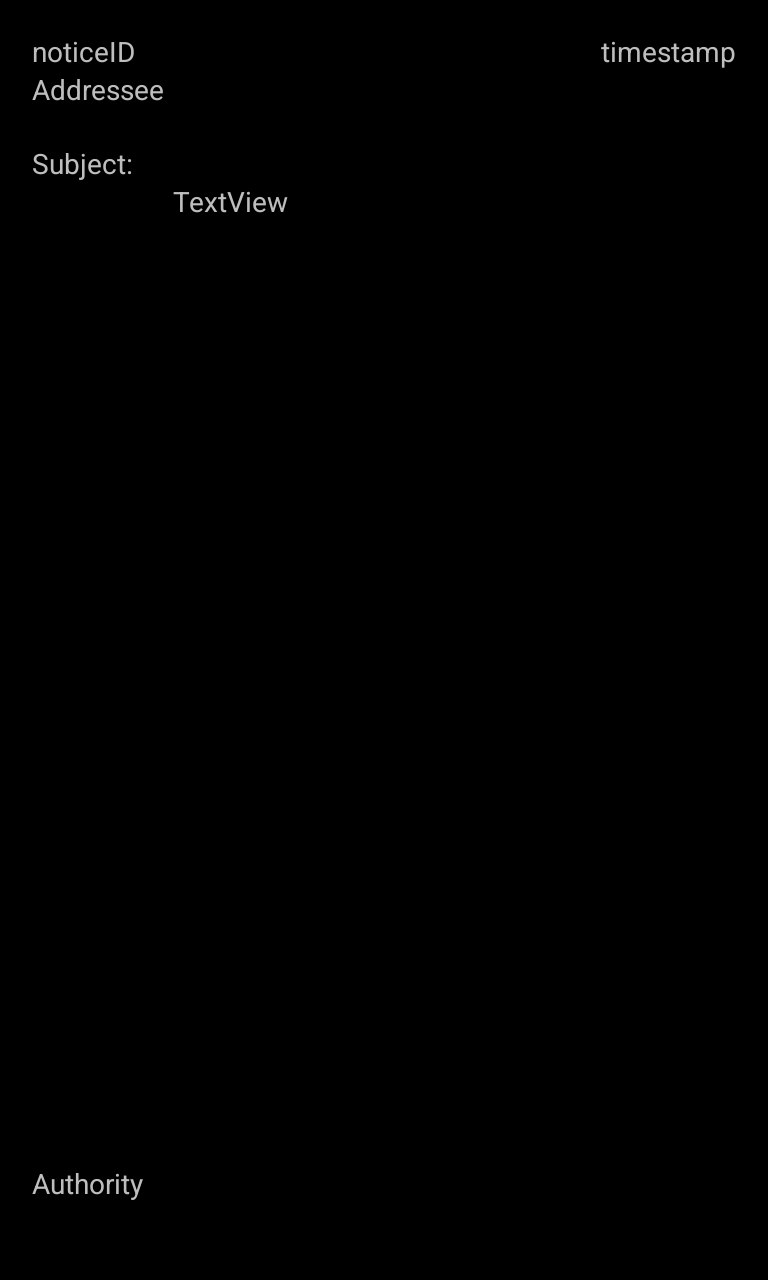
Repository: lcbasu/android
Layout: adt/M Notice/res/layout/detailed_view.xml
These files come from the project's save history. The layout is drawn as it stood at one moment and after the next save; the edit follows.
It is drawn on a 768 x 1280 px phone screen (xhdpi) without system bars, with theme android:Theme; the app's code is not run.

Above is the layout before, as saved 2014-05-02 08:45:06.

### adt/M Notice/res/layout/detailed_view.xml
<RelativeLayout xmlns:android="http://schemas.android.com/apk/res/android"
    xmlns:tools="http://schemas.android.com/tools"
    android:layout_width="match_parent"
    android:layout_height="fill_parent"
    android:paddingBottom="@dimen/activity_vertical_margin"
    android:paddingLeft="@dimen/activity_horizontal_margin"
    android:paddingRight="@dimen/activity_horizontal_margin"
    android:paddingTop="@dimen/activity_vertical_margin"
    tools:context=".MainActivity" >

    <TextView
        android:id="@+id/noticeID"
        android:layout_width="wrap_content"
        android:layout_height="wrap_content"
        android:layout_alignParentLeft="true"
        android:layout_alignParentTop="true"
        android:text="noticeID" />

    <TextView
        android:id="@+id/timestamp"
        android:layout_width="wrap_content"
        android:layout_height="wrap_content"
        android:layout_alignBaseline="@+id/noticeID"
        android:layout_alignBottom="@+id/noticeID"
        android:layout_alignParentRight="true"
        android:text="timestamp" />


            <TextView
            android:id="@+id/addressee"
            android:layout_width="wrap_content"
            android:layout_height="wrap_content"
            android:layout_below="@+id/timestamp"

            android:text="Addressee" />

    <TextView
        android:id="@+id/subject"
        android:layout_width="wrap_content"
        android:layout_height="wrap_content"

        android:layout_below="@+id/addressee"
        android:layout_marginTop="18dp"
        android:text="Subject:" />

        <TextView
        android:id="@+id/text"
        android:layout_marginTop="18dp"
        android:layout_width="fill_parent"
        android:layout_height="fill_parent"
        android:layout_below="@+id/subject"
        android:layout_centerInParent="true"
        android:layout_marginBottom="60dp"
        android:gravity="center_vertical" />

        <TextView
            android:id="@+id/issuingAuthority"
            android:layout_width="wrap_content"
            android:layout_height="wrap_content"
            android:layout_alignLeft="@+id/subject"
            android:layout_alignParentBottom="true"
            android:layout_marginBottom="23dp"
            android:text="Authority" />

        <TextView
            android:id="@+id/textView1"
            android:layout_width="wrap_content"
            android:layout_height="wrap_content"
            android:layout_below="@+id/subject"
            android:layout_marginLeft="15dp"
            android:layout_toRightOf="@+id/issuingAuthority"
            android:text="TextView" />

</RelativeLayout>

Loaded but not shown: adt/M Notice/res/values/dimens.xml (common file)

After the next save:
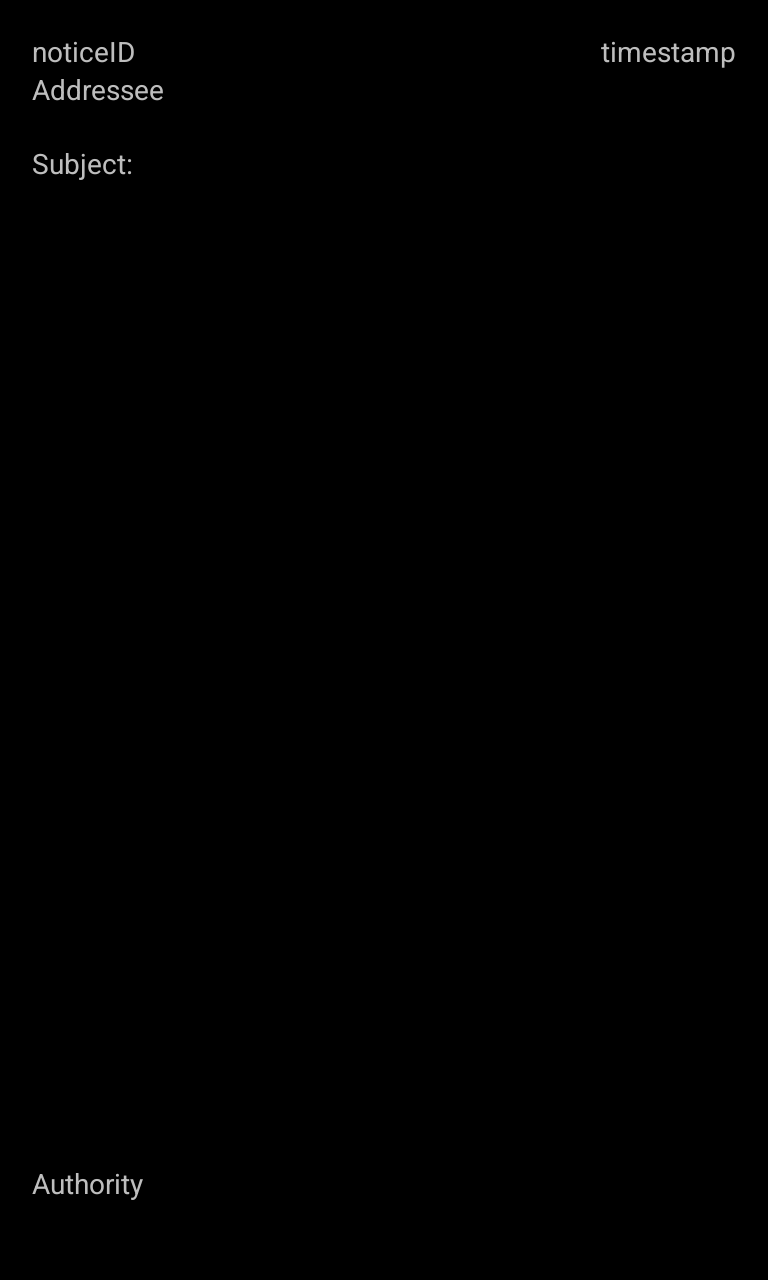
Saved 6 s later.
--- a/adt/M Notice/res/layout/detailed_view.xml
+++ b/adt/M Notice/res/layout/detailed_view.xml
@@ -62,13 +62,4 @@
             android:layout_marginBottom="23dp"
             android:text="Authority" />
 
-        <TextView
-            android:id="@+id/textView1"
-            android:layout_width="wrap_content"
-            android:layout_height="wrap_content"
-            android:layout_below="@+id/subject"
-            android:layout_marginLeft="15dp"
-            android:layout_toRightOf="@+id/issuingAuthority"
-            android:text="TextView" />
-
 </RelativeLayout>
